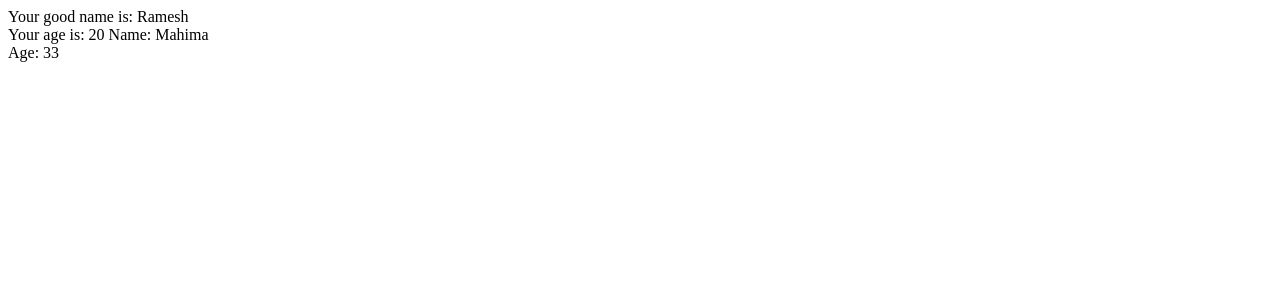
Repository: adityaram1987/git-repos
Page: http://localhost/demoJavaBean/jspDemo.jsp
An editor plug-in stored every save of this project. The page is shown before and after the next save, followed by the edit.
The browser window is 1280 px wide. The pictures show the whole page.
The page is served by Tomcat 9.

Above is the page before, as saved 2019-07-10 10:21:45.

### eclipse-workspace/demoJavaBean/WebContent/jspDemo.jsp
<%@ page language="java" contentType="text/html; charset=ISO-8859-1"
    pageEncoding="ISO-8859-1"%>
<!DOCTYPE html PUBLIC "-//W3C//DTD HTML 4.01 Transitional//EN" "http://www.w3.org/TR/html4/loose.dtd">
<html>
<head>
<meta http-equiv="Content-Type" content="text/html; charset=ISO-8859-1">
<title>Insert title here</title>
</head>
<body>
<jsp:useBean id="p1" class="demoJavaBean.Person"></jsp:useBean>
<jsp:setProperty property="name" name="p1" value = "Ramesh"/>
<jsp:setProperty property="age" name="p1" value = "20"/>
Your good name is: <jsp:getProperty property="name" name="p1"/><br>
Your age is: <jsp:getProperty property="age" name="p1"/>
<%
demoJavaBean.Person p2 = new demoJavaBean.Person();
p2.setName("Mahima");
p2.setAge(33);
out.println("Name: "+ p2.getName());
out.println("<br>Age: "+ p2.getAge());
%>
</body>
</html>

### eclipse-workspace/demoJavaBean/src/demoJavaBean/Person.java
package demoJavaBean;

public class Person {
	private String name;
	private int age;
	public String getName() {
		return name;
	}
	public void setName(String name) {
		this.name = name;
	}
	public int getAge() {
		return age;
	}
	public void setAge(int age) {
		this.age = age;
	}
}

After the next save:
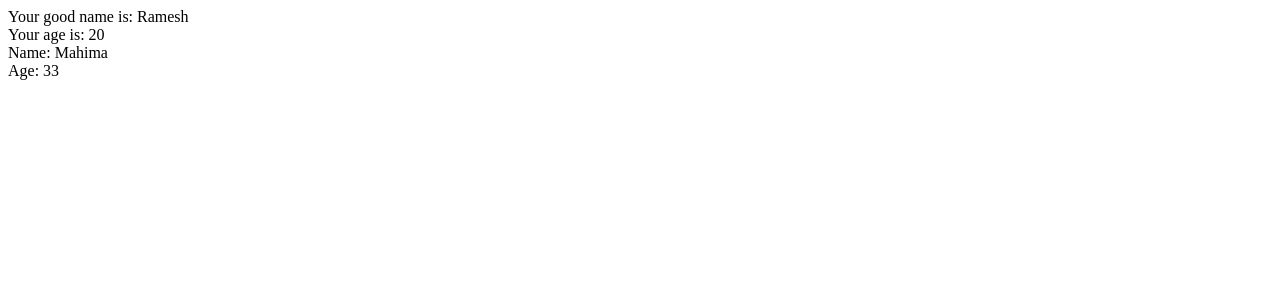
Saved 32 s later.
--- a/eclipse-workspace/demoJavaBean/WebContent/jspDemo.jsp
+++ b/eclipse-workspace/demoJavaBean/WebContent/jspDemo.jsp
@@ -11,7 +11,7 @@
 <jsp:setProperty property="name" name="p1" value = "Ramesh"/>
 <jsp:setProperty property="age" name="p1" value = "20"/>
 Your good name is: <jsp:getProperty property="name" name="p1"/><br>
-Your age is: <jsp:getProperty property="age" name="p1"/>
+Your age is: <jsp:getProperty property="age" name="p1"/><br>
 <%
 demoJavaBean.Person p2 = new demoJavaBean.Person();
 p2.setName("Mahima");
